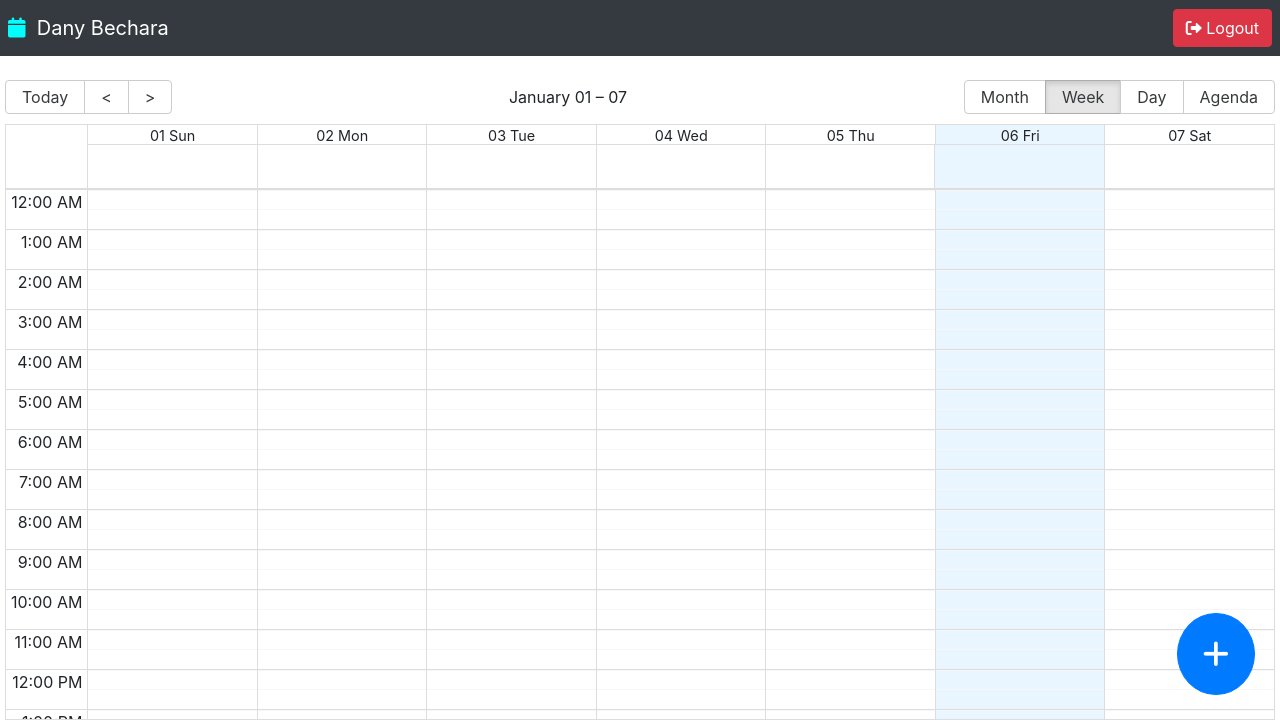
Repository: bechara611/calendar-frontend
Page: /
An editor plug-in stored every save of this project. The page is shown before and after the next save, followed by the edit.
The browser window is 1280 px wide. The pictures show the whole page.
An inner scrolling area shows only its first screen. The project was rebuilt for these pictures with package versions that can differ from the ones it lists, and the page was loaded fresh each time. Some packages were replaced by stand-ins written for this rebuild. Also part of the build but not shown: vite.config.js. Imported but missing from the stored project, and not drawn on this page: src/auth.

Above is the page before, as saved 2023-01-11 18:49:00.

After the next save:
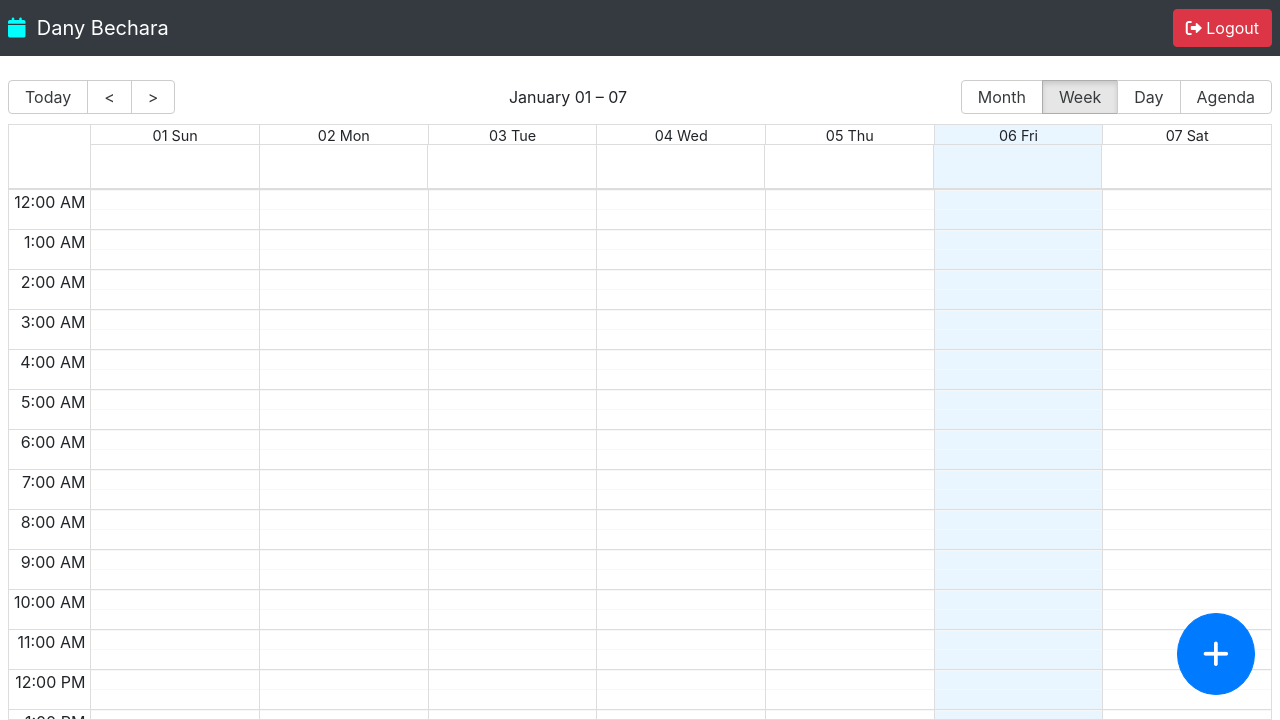
Saved 32 s later.
--- a/src/calendar/pages/CalendarPages.jsx
+++ b/src/calendar/pages/CalendarPages.jsx
@@ -53,7 +53,7 @@ const eventStyleGetter = (event, start, end, isSelected) => {
         startAccessor="start"
         endAccessor="end"
         messages={getMessages()}
-        style={{ height: 'calc( 100vh - 80px )',marginRight:'5px', marginLeft:'5px' }}
+        style={{ height: 'calc( 100vh - 80px )',marginRight:'8px', marginLeft:'8px' }}
         eventPropGetter={eventStyleGetter}
         components={{
           event: CalendarEvent
